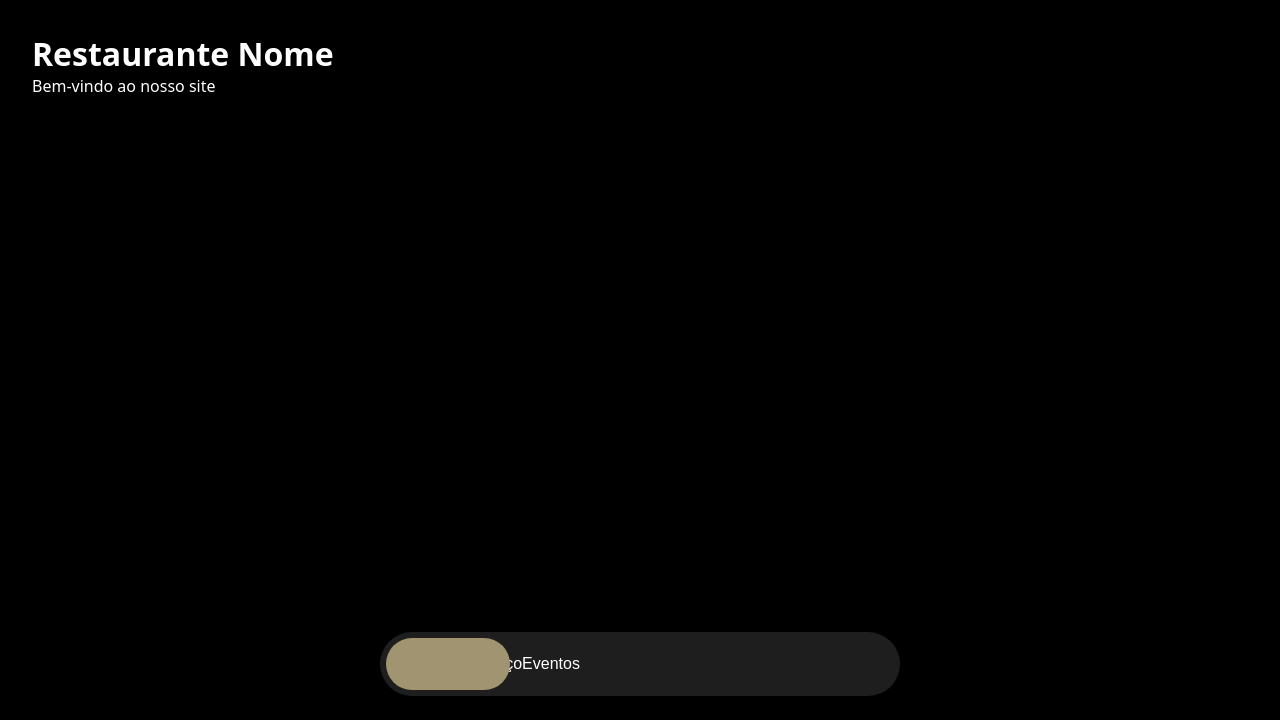
Repository: Fr4nc021/manzo
Page: /
The author's editor kept a copy of each file at every save. The page is drawn from the files as they stood at one save, then again after the next save.
The browser window is 1280 px wide. The pictures show the whole page.
The project was rebuilt for these pictures with package versions that can differ from the ones it lists, and the page was loaded fresh each time. Also part of the build but not shown: vite.config.ts.

Above is the page before, as saved 2026-01-21 11:04:59.

### index.html
<!doctype html>
<html lang="en">
  <head>
    <meta charset="UTF-8" />
    <link rel="icon" type="image/svg+xml" href="/vite.svg" />
    <meta name="viewport" content="width=device-width, initial-scale=1.0" />
    <title>Landing Page Manzo</title>
  </head>
  <body>
    <div id="root"></div>
    <script type="module" src="/src/main.jsx"></script>
  </body>
</html>

### src/main.jsx
import React from 'react'
import ReactDOM from 'react-dom/client'
import App from './App'
import './styles/global.css'

ReactDOM.createRoot(document.getElementById('root')).render(
  <React.StrictMode>
    <App />
  </React.StrictMode>
)

### src/App.jsx
import Home from './pages/Home'

export default function App() {
  return <Home />
}

### src/styles/global.css
* {
  margin: 0;
  padding: 0;
  box-sizing: border-box;
}

body {
  font-family: system-ui, -apple-system, BlinkMacSystemFont, 'Segoe UI', sans-serif;
  background-color: #000000; /* preto*/
  color: #ffffff;
}

### src/pages/Home.jsx
import BottomNav from "../components/BottomNav";

export default function Home() {
  return (
    <>
    <main style={{ minHeight: '100vh', padding: '2rem' }}>
      <h1>Restaurante Nome</h1>
      <p>Bem-vindo ao nosso site</p>
    </main>

    <BottomNav />
    </>
  )
}

### src/components/BottomNav.jsx
import { useState } from 'react'
import '../styles/bottomNav.css'

const sections = [
    'Home',
    'Menu',
    'Espaço',
    'Eventos'
]

export default function BottomNav() {
  const [active, setActive] = useState(0)

  return (
    <nav className="bottom-nav">
      <div
        className="active-indicator"
        style={{ transform: `translateX(${active * 100}%)` }}
      />

      {sections.map((section, index) => (
        <button
          key={section}
          className={`nav-item ${active === index ? 'active' : ''}`}
          onClick={() => setActive(index)}
        >
          {section}
        </button>
      ))}
    </nav>
  )
}

### src/styles/bottomNav.css
.bottom-nav {
    position: fixed;
    bottom: 24px;
    left: 50%;
    transform: translateX(-50%);
    width: 90%;
    max-width: 520px;
    height: 64px;

    background: #1E1E1E;border-radius: 999px;

    display: flex0;
    align-items: center;
    justify-content: space-between;

    padding: 6px;
    z-index: 100;
}

.nav-item {
    flex: 1;
    height: 100%;
    background: transparent;
    border: none;

    color: #ffffff;
    font-size: 16px;
    font-weight: 500;

    cursor: pointer;
    z-index: 2;
}

.nav-item.active {
  color: #ffffff;
}

.active-indicator {
  position: absolute;
  top: 6px;
  left: 6px;

  width: calc(25% - 6px);
  height: calc(100% - 12px);

  background: #A09570;
  border-radius: 999px;

  transition: transform 0.3s ease;
  z-index: 1;
}

After the next save:
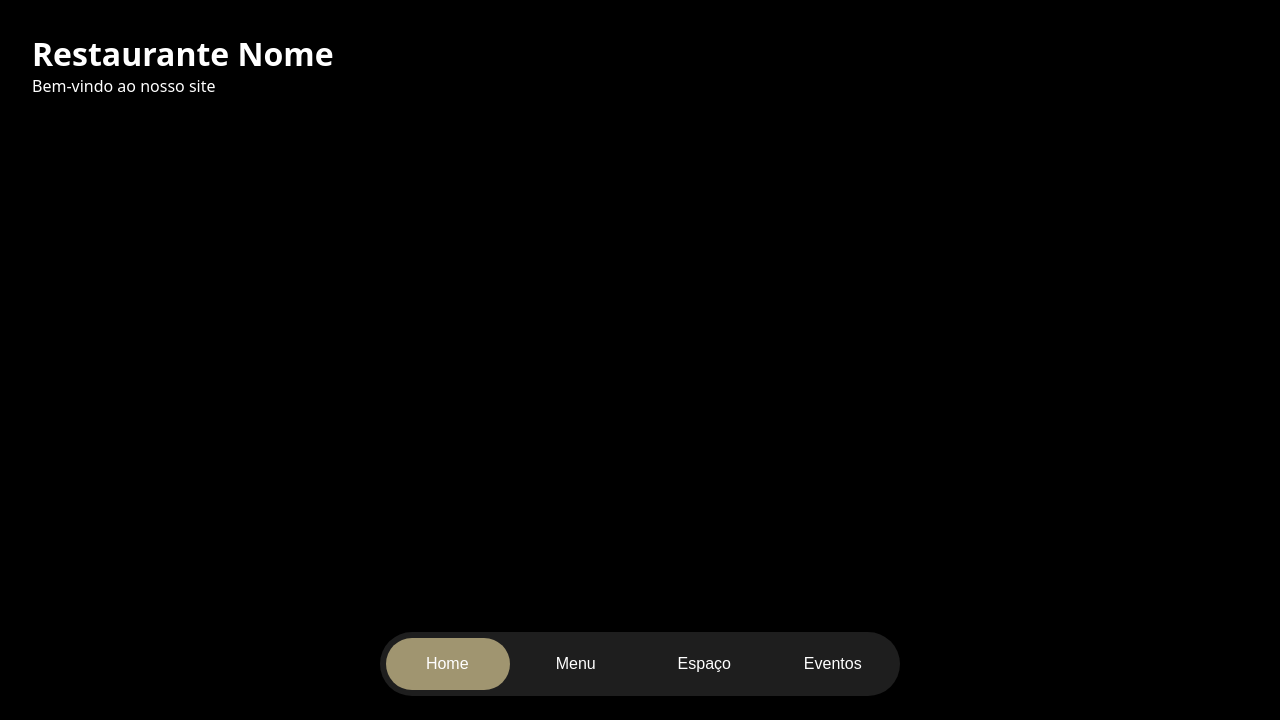
Saved 3 min 53 s later.
--- a/src/styles/bottomNav.css
+++ b/src/styles/bottomNav.css
@@ -9,11 +9,12 @@
 
     background: #1E1E1E;border-radius: 999px;
 
-    display: flex0;
+    display: flex;
     align-items: center;
-    justify-content: space-between;
 
     padding: 6px;
+    gap: 6px;
+
     z-index: 100;
 }
 
